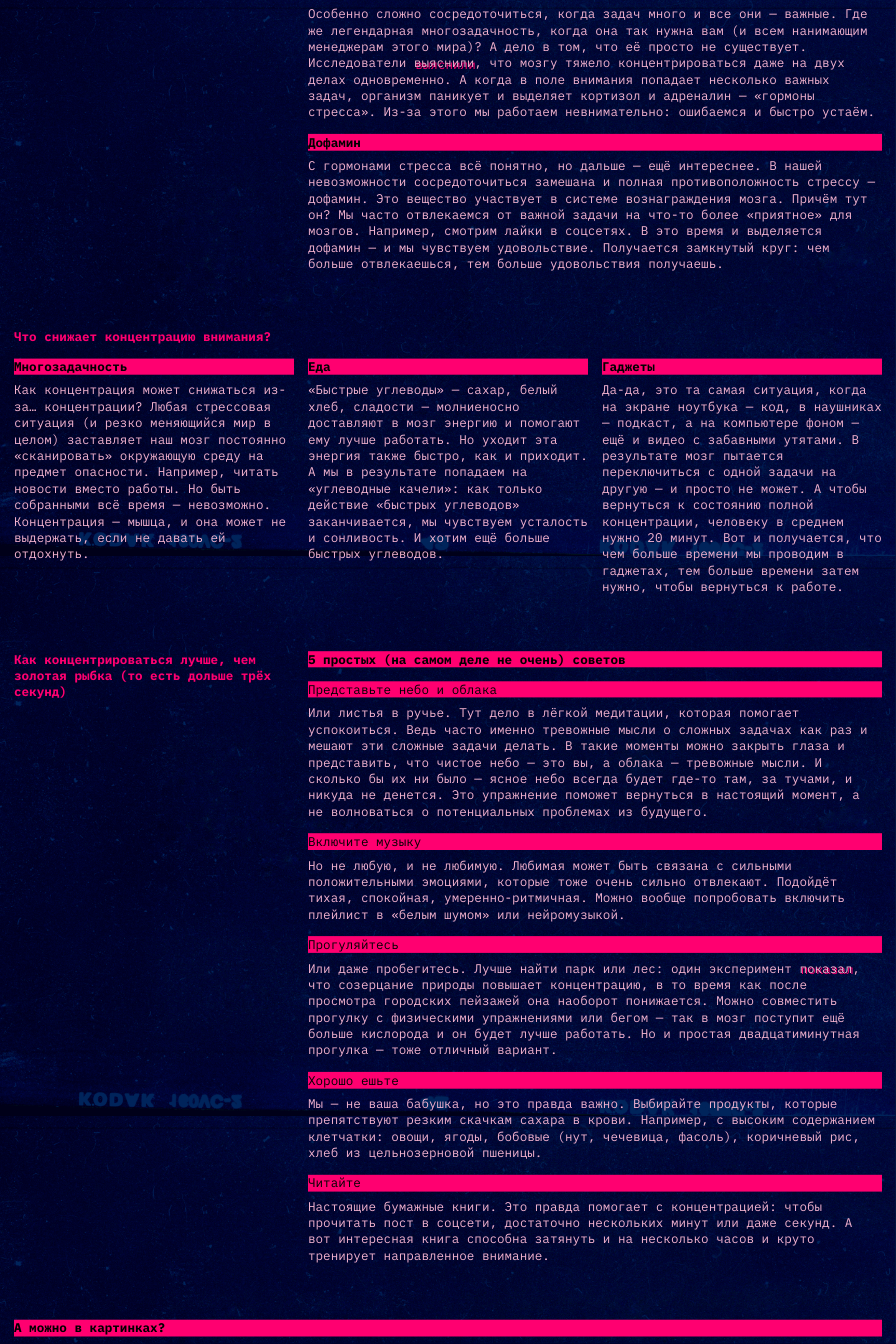
Repository: Hadoooouken/slozhno-sosredotochitsya
Page: index.html
The author's editor kept a copy of each file at every save. The page is drawn from the files as they stood at one save, then again after the next save.
The browser window is 1280 px wide. The pictures show the part of the page from y = 805 to 2725 px (the page is 2725 px tall before and 2645 px after), at 70% of full size.
Backgrounds fixed to the window are drawn as part of the page.

Above is the page before, as saved 2024-01-22 16:41:09.

### index.html
<!DOCTYPE html>
<html lang="ru">
  <head>
    <meta charset="UTF-8" />
    <meta http-equiv="X-UA-Compatible" content="IE=edge" />
    <meta name="viewport" content="width=device-width, initial-scale=1.0" />
    <meta name="color-scheme" content="dark light" />
    <link rel="icon" href="images/favicon.svg" sizes="any" />
    <link rel="stylesheet" href="fonts/fonts.css" />
    <link rel="stylesheet" href="styles/globals.css" />
    <link rel="stylesheet" href="./styles/variables.css" />
    <link rel="stylesheet" href="scripts/script.js" />
    <link rel="stylesheet" href="./styles/style.css" />
    <link rel="stylesheet" href="./styles/dark.css" />
    <link rel="stylesheet" href="./styles/light.css" />
    <title>Сложно сосредоточиться</title>
  </head>
  <body class="page">
    <header class="header decorated-zone">
      <div class="decoration-element" aria-hidden="true"></div>
      <nav class="header__theme-menu">
        <ul class="header__theme-menu-list">
          <li class="header__theme-menu-item">
            <button
              class="header__theme-menu-button header__theme-menu-button_type_light"
            >
              День
            </button>
          </li>
          <li class="header__theme-menu-item">
            <button
              class="header__theme-menu-button header__theme-menu-button_active header__theme-menu-button_type_auto"
              disabled
            >
              Авто
            </button>
          </li>
          <li class="header__theme-menu-item">
            <button
              class="header__theme-menu-button header__theme-menu-button_type_dark"
            >
              Неон
            </button>
          </li>
        </ul>
      </nav>
      <h1 class="header__title">no focus</h1>
      <div class="header__text title_decor">
        <p>
          Что делать, когда не можешь делать ничего Или&nbspпочему нам так
          сложно сконцентрироваться, особенно когда очень надо
        </p>
      </div>
    </header>
    <main class="main">
      <section class="section">
        <article class="Focus__block">
          <h2 class="column__title">Почему сосредоточиться так сложно</h2>

          <div>
            <h2 class="right__column title_decor">Многозадачность</h2>
            <p class="right__pharahraph">
              Особенно сложно сосредоточиться, когда задач много и все они —
              важные. Где же легендарная многозадачность, когда она так нужна
              вам (и всем нанимающим менеджерам этого мира)? А дело в том, что
              её просто не существует. Исследователи
              <a
                class="paragraph__link"
                href="https://dana.org/article/multicosts-of-multitasking/"
                >выяснили</a
              >, что мозгу тяжело концентрироваться даже на двух делах
              одновременно. А когда в поле внимания попадает несколько важных
              задач, организм паникует и выделяет кортизол и адреналин —
              «гормоны стресса». Из-за этого мы работаем невнимательно:
              ошибаемся и быстро устаём.
            </p>
            <h2 class="right__column title_decor">Дофамин</h2>
            <p class="right__pharahraph">
              С гормонами стресса всё понятно, но дальше — ещё интереснее. В
              нашей невозможности сосредоточиться замешана и полная
              противоположность стрессу — дофамин. Это вещество участвует в
              системе вознаграждения мозга. Причём тут он? Мы часто отвлекаемся
              от важной задачи на что-то более «приятное» для мозгов. Например,
              смотрим лайки в соцсетях. В это время и выделяется дофамин — и мы
              чувствуем удовольствие. Получается замкнутый круг: чем больше
              отвлекаешься, тем больше удовольствия получаешь.
            </p>
          </div>
        </article>
      </section>
      <section class="section">
        <article class="concentration__block">
          <div class="concentration">
            <h2 class="column__title">Что снижает концентрацию внимания?</h2>
          </div>

          <div class="multitasking">
            <h2 class="right__column title_decor">Многозадачность</h2>
            <p class="right__pharahraph">
              Как концентрация может снижаться из-за… концентрации? Любая
              стрессовая ситуация (и резко меняющийся мир в целом) заставляет
              наш мозг постоянно «сканировать» окружающую среду на предмет
              опасности. Например, читать новости вместо работы. Но быть
              собранными всё время — невозможно. Концентрация — мышца, и она
              может не выдержать, если не давать ей отдохнуть.
            </p>
          </div>
          <div class="eat">
            <h2 class="right__column title_decor">Еда</h2>
            <p class="right__pharahraph">
              «Быстрые углеводы» — сахар, белый хлеб, сладости — молниеносно
              доставляют в мозг энергию и помогают ему лучше работать. Но уходит
              эта энергия также быстро, как и приходит. А мы в результате
              попадаем на «углеводные качели»: как только действие «быстрых
              углеводов» заканчивается, мы чувствуем усталость и сонливость. И
              хотим ещё больше быстрых углеводов.
            </p>
          </div>
          <div class="gadgets">
            <h2 class="right__column title_decor">Гаджеты</h2>
            <p class="right__pharahraph">
              Да-да, это та самая ситуация, когда на экране ноутбука — код, в
              наушниках — подкаст, а на компьютере фоном — ещё и видео с
              забавными утятами. В результате мозг пытается переключиться с
              одной задачи на другую — и просто не может. А чтобы вернуться к
              состоянию полной концентрации, человеку в среднем нужно 20 минут.
              Вот и получается, что чем больше времени мы проводим в гаджетах,
              тем больше времени затем нужно, чтобы вернуться к работе.
            </p>
          </div>
        </article>
      </section>
      <section class="section">
        <article class="how__block">
          <h2 class="column__title">
            Как концентрироваться лучше, чем золотая рыбка (то есть дольше трёх
            секунд)
          </h2>
          <div>
            <h2 class="right__column title_decor">
              5 простых (на самом деле не очень) советов
            </h2>
            <h2 class="concentration__title title_decor">Представьте небо и облака</h2>
            <p class="right__pharahraph2">
              Или листья в ручье. Тут дело в лёгкой медитации, которая помогает
              успокоиться. Ведь часто именно тревожные мысли о сложных задачах
              как раз и мешают эти сложные задачи делать. В такие моменты можно
              закрыть глаза и представить, что чистое небо — это вы, а облака —
              тревожные мысли. И сколько бы их ни было — ясное небо всегда будет
              где-то там, за тучами, и никуда не денется. Это упражнение поможет
              вернуться в настоящий момент, а не волноваться о потенциальных
              проблемах из будущего.
            </p>
            <h2 class="concentration__title title_decor">Включите музыку</h2>
            <p class="right__pharahraph2">
              Но не любую, и не любимую. Любимая может быть связана с сильными
              положительными эмоциями, которые тоже очень сильно отвлекают.
              Подойдёт тихая, спокойная, умеренно-ритмичная. Можно вообще
              попробовать включить плейлист в «белым шумом» или нейромузыкой.
            </p>
            <h2 class="concentration__title title_decor">Прогуляйтесь</h2>
            <p class="right__pharahraph2">
              Или даже пробегитесь. Лучше найти парк или лес: один эксперимент
              <a
                class="paragraph__link"
                href="https://www.sciencedirect.com/science/article/abs/pii/S0272494415000328"
                >показал</a
              >, что созерцание природы повышает концентрацию, в то время как
              после просмотра городских пейзажей она наоборот понижается. Можно
              совместить прогулку с физическими упражнениями или бегом — так в
              мозг поступит ещё больше кислорода и он будет лучше работать. Но и
              простая двадцатиминутная прогулка — тоже отличный вариант.
            </p>
            <h2 class="concentration__title title_decor">Хорошо ешьте</h2>
            <p class="right__pharahraph2">
              Мы — не ваша бабушка, но это правда важно. Выбирайте продукты,
              которые препятствуют резким скачкам сахара в крови. Например, с
              высоким содержанием клетчатки: овощи, ягоды, бобовые (нут,
              чечевица, фасоль), коричневый рис, хлеб из цельнозерновой пшеницы.
            </p>
            <h2 class="concentration__title title_decor">Читайте</h2>
            <p class="right__pharahraph2">
              Настоящие бумажные книги. Это правда помогает с концентрацией:
              чтобы прочитать пост в соцсети, достаточно нескольких минут или
              даже секунд. А вот интересная книга способна затянуть и на
              несколько часов и круто тренирует направленное внимание.
            </p>
          </div>
        </article>
      </section>
      <section class="gallery section">
        <h2 class="right__column title_decor">А можно в картинках?</h2>
        <div></div>
      </section>

    </main>

    <script src="./scripts/script.js"></script>
  </body>
</html>

### styles/globals.css
/* Глобальные стили для проекта, их можно дополнять и менять по желанию */

*,
*::before,
*::after {
  box-sizing: border-box;
}

body {
  min-inline-size: 375px;
  max-inline-size: 1440px;
  margin: 0 auto;

}

h1,
h2,
h3,
h4,
h5,
h6,
p {
  margin: 0;
}

ul {
  margin: 0;
  padding: 0;
  list-style: none;
}

picture {
  margin: 0;
  padding: 0;
}

button,
a {
  color: currentColor;
  font-family: inherit;
  font-size: inherit;
  line-height: inherit;
}

### styles/variables.css
:root {/*
  Переменные для вашего проекта
  и их переопределение под различные устройства
*/
--main-font:'IBM Plex mono' sans-serif;
--title-color:#DB00FF;
--main-color:
--subtitle-color:#000028;
--text-color: #F1B2CE;
--section-title: #FF0070;
--bg-color: #000028;
--section-color: #FF0070;
/*--hover: #FF0070;*/
--hover: rgb(255 0 112 / 0.4);
--link-color: #FF0070;




}

### scripts/script.js
const themeButtons = document.querySelectorAll('.header__theme-menu-button');

themeButtons.forEach((button) => {
  button.addEventListener('click', () => {
    themeButtons.forEach((btn) => {
      btn.classList.remove('header__theme-menu-button_active');
      btn.removeAttribute('disabled');
    });
    if (
      [...button.classList].includes('header__theme-menu-button_type_light')
    ) {
      changeTheme('light');
    } else if (
      [...button.classList].includes('header__theme-menu-button_type_dark')
    ) {
      changeTheme('dark');
    } else {
      changeTheme('auto');
    }
    button.classList.add('header__theme-menu-button_active');
    button.setAttribute('disabled', true);
  });
});

function changeTheme(theme) {
  document.body.className = 'page';
  document.body.classList.add(`theme_${theme}`);
  localStorage.setItem('theme', theme);
}

function initTheme() {
  const theme = localStorage.getItem('theme');
  if (theme) {
    changeTheme(theme);
    themeButtons.forEach((btn) => {
      btn.classList.remove('header__theme-menu-button_active');
      btn.removeAttribute('disabled');
    });
    document
      .querySelector(`.header__theme-menu-button_type_${theme}`)
      .classList.add('header__theme-menu-button_active');
    document
      .querySelector(`.header__theme-menu-button_type_${theme}`)
      .setAttribute('disabled', true);
  }
}

initTheme();

### styles/style.css
/* Основные стили проекта. Это стили для темы, которую вы верстаете первой. */

.page {
  /* сохраните в разметке и стилях класс page. На его основе работает скрипт. */

  background-color: var(--bg-color);
  background-image: url(/images/cover-image-dark.png);
  background-attachment: fixed;
  background-position: center;
  background-size: cover;
  font-family: "IBM Plex mono";
  font-size: 18px;
}
.section {
  padding: 0px 20px;
}

.header {
  position: relative;
  block-size: 100vh;
  min-height: 375px;
  height: 100vh;
  padding: 20px;
  display: grid;
  grid-template-rows: 1fr min-content 1fr;
  justify-items: start;
}

.decorated-zone::before {
  content: "";
  position: absolute;
  border-top: 1px solid #ff0070;
  border-right: 1px solid #ff0070;
  right: 20px;
  top: 20px;
  width: 25px;
  height: 25px;
}

.decorated-zone::after {
  content: "";
  position: absolute;
  border-bottom: 1px solid #ff0070;
  border-left: 1px solid #ff0070;
  left: 20px;
  bottom: 20px;
  width: 25px;
  height: 25px;
}
.decoration-element {
  position: absolute;
  right: 48px;
  top: 21px;
}

.decoration-element::before {
  content: "REC";
  color: #ff0070;
  font-family: inherit;
  display: inline-block;
}

.decoration-element::after {
  content: "";
  background-color: #ff0070;
  width: 9px;
  height: 9px;
  border-radius: 50%;
  display: inline-block;
  box-shadow: 0px 0px 4px 2px #ff0070;
  top: 6px;
  left: 42px;
  position: absolute;
}

.header__title {
  font-family: var(--main-font);
  font-size: clamp(7.5rem, 0.5625rem + 14.4531vw, 9.8125rem);
  color: var(--title-color);
  line-height: 82.5%; /* 129.525px */
  text-shadow: 4px 4px 0 var(--section-title);
  margin-left: -20px;
}

.header__theme-menu {
  justify-self: center;
}

.header__text {
  font-size: 18px;
  justify-self: end;
  width: 50%; /*под вопросом*/
  align-self: center;
  font-weight: 700;
  color: var(--subtitle-color);
  line-height: 23.4px;
}

.title_decor {
  background-color: var(--section-title);
}

.header__theme-menu-list {
  display: flex;
  justify-content: center;
  gap: 10px;
}

.header__theme-menu-button {
  background-color: transparent;
  color: var(--section-title);
  border: none;
  text-transform: lowercase;
  line-height: 18px;
  padding: 2px 13px;
  cursor: pointer;
}

.header__theme-menu-button:focus {
  outline: none;
}

.header__theme-menu-button:focus-visible {
  text-decoration: underline;
  outline: none;
  color: var(--section-title);
}

.header__theme-menu-button:hover {
  outline: 1px solid var(--hover);
}



.header__theme-menu-button_active {
  pointer-events: none;
  outline: 1px solid var(--section-title);
}

.main {
  padding-top: 60px;
}

.Focus__block {
  display: grid;
  grid-template-columns: 1fr 2fr;
  gap: 10px;
}

.column__title {
  font-weight: 700;
  color: var(--section-color);
  font-size: inherit;
  line-height: 23.4px;
}

.right__column {
  font-size: inherit;
  line-height: 23.4px;
  margin-bottom: 10px;
  font-weight: 700;
}

.right__pharahraph {
  font-size: inherit;
  line-height: 23.4px;
  color: var(--text-color);
  font-weight: 400;
  margin-bottom: 20px;
}
.right__pharahraph:last-child {
  margin-bottom: 0px;
}

.paragraph__link {
  text-decoration: none;
  cursor: pointer;
  text-shadow: 2px 2px 0 var(--section-title);
}

.paragraph__link:hover {
  border-bottom: 1px solid var(--text-color);
}

.paragraph__link:focus {
  outline: none;
}

.paragraph__link:focus-visible {
  outline: 1px solid var(--text-color);
  color: var(--section-title);
  outline-offset: 0px;
}

.concentration__block {
  padding-top: 80px;
  display: grid;
  grid-template-columns: repeat(3, 1fr);
  grid-template-rows: repeat(2, min-content);
  grid-column-gap: 20px;
  grid-row-gap: 20px;

  grid-template-areas:
    "concentration unset unset"
    "multitasking eat gadgets";
}

.concentration {
  grid-area: concentration;
}

.multitasking {
  grid-area: multitasking;
}
.eat {
  grid-area: eat;
}

.gadgets {
  grid-area: gadgets;
}

.how__block {
  padding-top: 80px;
  display: grid;
  grid-template-columns: 1fr 2fr;
  grid-column-gap: 10px;
}

.concentration__title {
  font-weight: 400;
  font-size: inherit;
  line-height: 23.4px;
  margin-top: 20px;
}

.right__pharahraph2 {
  font-size: inherit;
  line-height: 23.4px;
  color: var(--text-color);
  font-weight: 400;
  margin-top: 10px;
}

.gallery {
  padding-top: 80px;

}

### styles/dark.css
/*
  Специально для тёмной темы при наличии класса,
  здесь окажутся стили, которые нужно переопределить принудительно,
  переключая тему
*/

.page.theme_dark {
  /* сохраните этот селектор в приведённом виде.
    Так стили написанные ниже будут иметь больший вес,
    чем стили в медиазапросе предпочтений пользователя
  */
--main-font:'IBM Plex mono' sans-serif;
--title-color:#DB00FF;
--subtitle-color:#000028;
--text-color: #F1B2CE;
--section-title: #FF0070;
--link-color: #FF0070;

}

Loaded but not shown: fonts/fonts.css (common file); styles/light.css (common file)

After the next save:
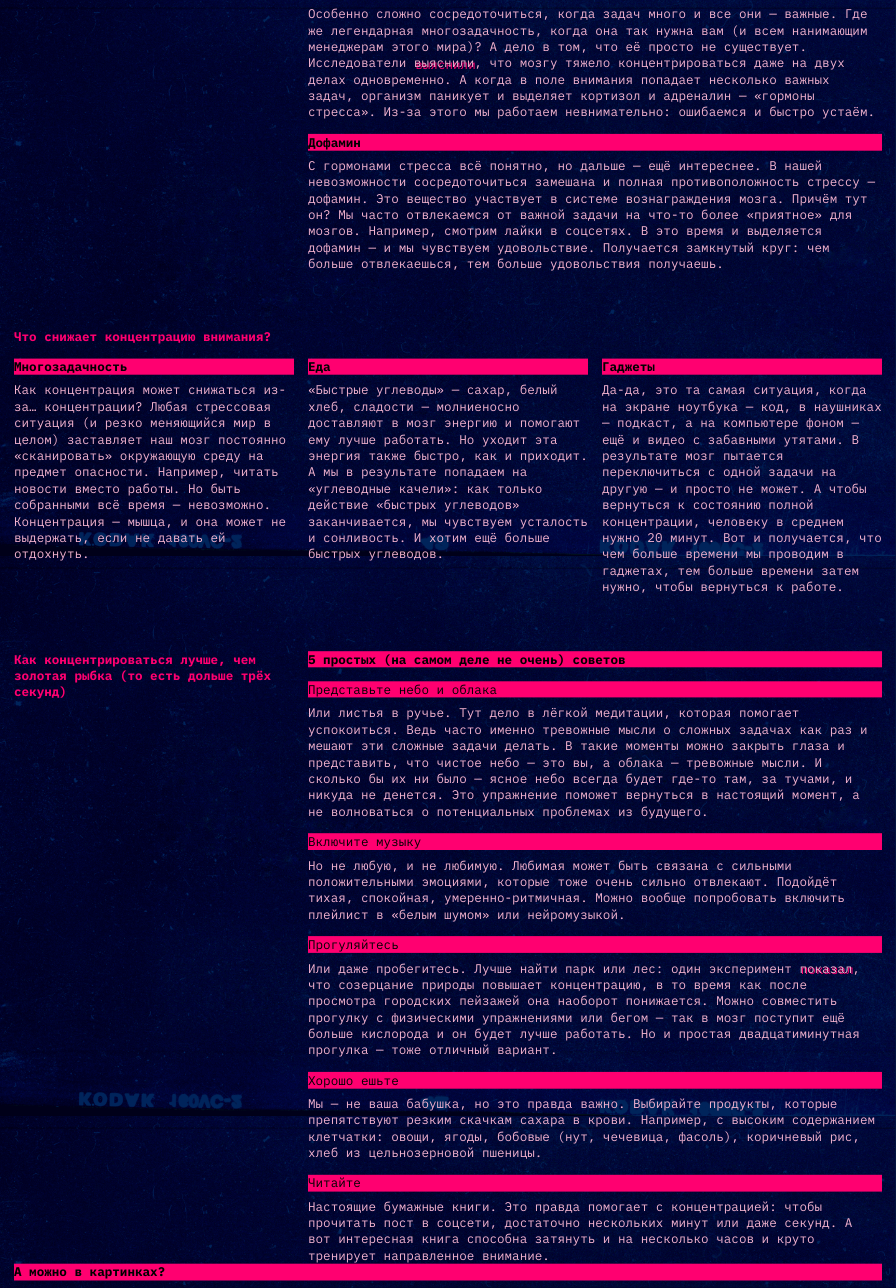
Saved 10 s later.
--- a/index.html
+++ b/index.html
@@ -188,7 +188,7 @@
           </div>
         </article>
       </section>
-      <section class="gallery section">
+      <section class="gallery__s section">
         <h2 class="right__column title_decor">А можно в картинках?</h2>
         <div></div>
       </section>
